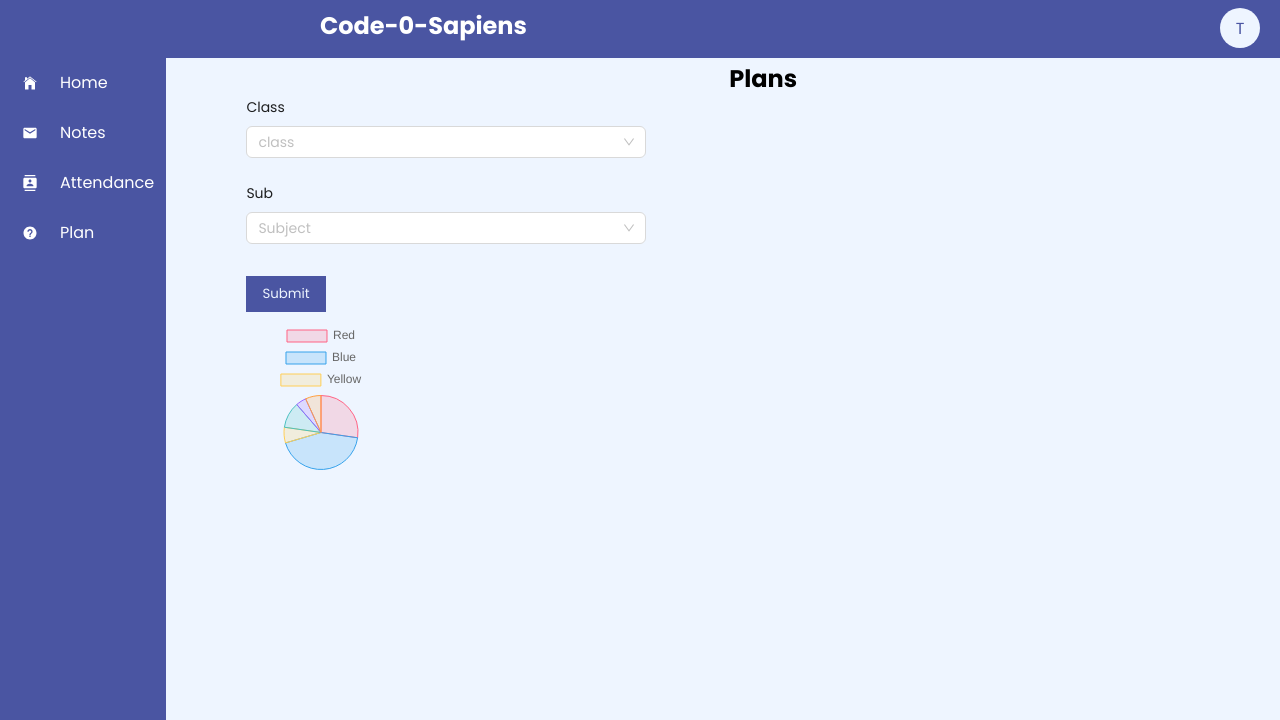
Repository: sinchana-P/code-0-sapiens
Page: /plans (app in client/)
These files come from the project's save history. The page is drawn as it stood at one moment and after the next save; the edit follows.
The browser window is 1280 px wide. The pictures show the whole page.
The project was rebuilt for these pictures with package versions that can differ from the ones it lists, and the page was loaded fresh each time. Also part of the build but not shown: client/src/components/auth/login/FormLayoutLogin.jsx, client/src/components/auth/login/Login.jsx, client/src/components/auth/register/FormLayoutRegister.jsx, client/src/components/auth/register/Register.jsx, client/src/components/homeScene/Home.jsx, client/src/components/notes/Notes.jsx, client/src/components/attendance/Attendance.jsx, client/src/components/profile/Profile.jsx and 5 more.

Above is the page before, as saved 2024-03-01 07:28:28.

### client/public/index.html
<!DOCTYPE html>
<html lang="en">
  <head>
    <meta charset="utf-8" />
    <link rel="icon" href="%PUBLIC_URL%/favicon.ico" />
    <meta name="viewport" content="width=device-width, initial-scale=1" />
    <meta name="theme-color" content="#000000" />
    <meta
      name="description"
      content="Web site created using create-react-app"
    />
    <link rel="apple-touch-icon" href="%PUBLIC_URL%/logo192.png" />
    <!--
      manifest.json provides metadata used when your web app is installed on a
      user's mobile device or desktop. See https://developers.google.com/web/fundamentals/web-app-manifest/
    -->
    <link rel="manifest" href="%PUBLIC_URL%/manifest.json" />
    <!--
      Notice the use of %PUBLIC_URL% in the tags above.
      It will be replaced with the URL of the `public` folder during the build.
      Only files inside the `public` folder can be referenced from the HTML.

      Unlike "/favicon.ico" or "favicon.ico", "%PUBLIC_URL%/favicon.ico" will
      work correctly both with client-side routing and a non-root public URL.
      Learn how to configure a non-root public URL by running `npm run build`.
    -->
    <link rel="preconnect" href="https://fonts.googleapis.com">
<link rel="preconnect" href="https://fonts.gstatic.com" crossorigin>
<link href="https://fonts.googleapis.com/css2?family=Poppins:ital,wght@0,100;0,200;0,300;0,400;0,500;0,600;0,700;0,800;0,900;1,100;1,200;1,300;1,400;1,500;1,600;1,700;1,800;1,900&display=swap" rel="stylesheet">
    <title>Code-0-Sapiens</title>
  </head>
  <body>
    <noscript>You need to enable JavaScript to run this app.</noscript>
    <div id="root"></div>
    <!--
      This HTML file is a template.
      If you open it directly in the browser, you will see an empty page.

      You can add webfonts, meta tags, or analytics to this file.
      The build step will place the bundled scripts into the <body> tag.

      To begin the development, run `npm start` or `yarn start`.
      To create a production bundle, use `npm run build` or `yarn build`.
    -->
  </body>
</html>

### client/src/index.js
import React from 'react';
import ReactDOM from 'react-dom/client';
import './index.css';
import App from './App';
import reportWebVitals from './reportWebVitals';
import { BrowserRouter } from 'react-router-dom'
import { apiSlice } from './api/apiSlice';
import {ApiProvider} from '@reduxjs/toolkit/query/react'

const root = ReactDOM.createRoot(document.getElementById('root'));
root.render(
  <BrowserRouter>
    <React.StrictMode>
      <ApiProvider api={apiSlice}>
        <App />
      </ApiProvider>
    </React.StrictMode>
  </BrowserRouter>,
);

// If you want to start measuring performance in your app, pass a function
// to log results (for example: reportWebVitals(console.log))
// or send to an analytics endpoint. Learn more: https://bit.ly/CRA-vitals
reportWebVitals();

### client/src/App.jsx

import './App.css';
import { useState } from 'react';
import { Routes, Route } from 'react-router-dom'
import Login from './components/auth/login/Login'
import Register from './components/auth/register/Register';
import Topbar from './components/global/topbar/Topbar';
import Sidebar from './components/global/sidebar/Sidebar';
import Home from './components/homeScene/Home';
import Notes from './components/notes/Notes';
import Plans from './components/plans/Plans';
import Attendance from './components/attendance/Attendance';
import Profile from './components/profile/Profile';
import StudentSidebar from './components/global/sidebar/StudentSidebar';
import StdHome from './components/stdHome/StdHome';
import StdAttendance from './components/stdAttendance/StdAttendance'
import StdNotes from './components/stdNotes/StdNotes';
import StdDoubts from './components/stdDoubts/StdDoubts';

function App() {
  const [userRole, setUserRole] = useState('Teacher')

  return (
    <div className="App">
      <div className='app-container'>

      <Topbar userRole={userRole}/>

        <div className='main-content'>
          <div className='left-content-container'>

          {
            userRole === 'Teacher' ? (<Sidebar /> ) : (<StudentSidebar /> )
          }

          </div>
          <div className='right-content-container'>
            <Routes>
              <Route path='/login' element={ <Login/> } />
              <Route path='/register' element={ <Register/> } />
              <Route path='/home' element={ <Home/> } />
              <Route path='/notes' element={ <Notes/> } />
              <Route path='/attendance' element={ <Attendance/> } />
              <Route path='/plans' element={ <Plans/> } />
              {/* <Route path='/profile' element={ <Profile/> } /> */}
              <Route path='/student' element={ <StdHome/> } />
              <Route path='/student/attendance' element={ <StdAttendance/> } />
              <Route path='/student/attendance' element={ <StdNotes/> } />
              <Route path='/student/attendance' element={ <StdDoubts/> } />
            </Routes>
          </div>
        </div>
      </div>

    </div>
  );
}

export default App;

### client/src/api/apiSlice.js
import {createApi,fetchBaseQuery} from '@reduxjs/toolkit/query/react'


export const apiSlice = createApi({
       reducerPath:"api",
       baseQuery:fetchBaseQuery({baseUrl:""}),
       tagTypes:['auth', 'student'],
       endpoints:(builder)=>({
        register: builder.mutation({
            query: (data) => ({
                url: '/register',
                method: "POST",
                body: data
            }),
            invalidatesTags:['auth']
        }),
        login: builder.mutation({
            query: (data) => ({
                url: '/login',
                method: "POST",
                body: data
            }),
            invalidatesTags:['auth']
        }),
            //   getTodos:builder.query({
            //          query:()=>'/auth',
            //          transformResponse: (res: Todo[]) =>  {
            //                 // Ensure res is an array before sorting
            //                 console.log(res);

            //                 if (Array.isArray(res)) {
            //                     return res.sort((a, b) => b.id - a.id);
            //                 } else {
            //                     return res;
            //                 }
            //             },

            //          providesTags:['todos']
            //   }),
            //   addTodo:builder.mutation({
            //          query:(todo)=>({
            //                 url:'/todos',
            //                 method:"POST",
            //                 body:todo
            //          }),
            //          invalidatesTags:['todos']
            //   }),
            //   updateTodo:builder.mutation({
            //          query:(todo)=>({
            //                 url:/todos/${todo.id},
            //                 method:'PATCH',
            //                 body:todo
            //          }),
            //          invalidatesTags:['todos']
            //   }),
            //   deleteTodo:builder.mutation({
            //          query:(id)=>({

            //                 url:/todos/${id},
            //                 method:'DELETE',
            //                 body:id
            //          }),
            //          invalidatesTags:['todos']
            //   })

       })
})

export const { useRegisterMutation,useLoginMutation } = apiSlice

### client/src/App.css
@import url('https://fonts.googleapis.com/css2?family=Poppins:ital,wght@0,100;0,200;0,300;0,400;0,500;0,600;0,700;0,800;0,900;1,100;1,200;1,300;1,400;1,500;1,600;1,700;1,800;1,900&display=swap');

* {
  font-family: "Poppins", sans-serif;
}

/* --- */
.full-width-container {
  width: 100%;
  display: flex;
  justify-content: center;
  align-items: center;
}
/* --- */

.right-content-container {
  background-color: #EEF5FF;
  display: flex;
  align-items: start;
  justify-content: center;
}

.app-container {
  display: flex;
  flex-direction: column;
}

.main-content {
  display: flex;
  flex-direction: row;
}

.left-content-container {
  width: 13vw;
}

.right-content-container {
  width: 87vw;

}

### client/src/components/global/topbar/Topbar.jsx
import React, {useState} from 'react'
import './Topbar.css'

const Topbar = ({userRole}) => {
  // const [userRole, setUserRole] = useState('Teacher')

  return (
    <div className='topbar-container'>
        <h2 style={{textAlign: 'left'}} className='logo-text'>Code-0-Sapiens</h2>

        <div className='profile-div'>
          {userRole === 'Teacher' ? 'T' : (userRole === 'Student' ? 'S' : '')}
        </div>
    </div>
  )
}

export default Topbar

### client/src/components/global/sidebar/Sidebar.jsx
import './Sidebar.css'
import { SidebarData } from './SidebarData';
import { Link, NavLink } from 'react-router-dom';


const Sidebar=()=> {
  return (
    <div className='sidebar'>
       <ul className='sidebarList'>
        {
        SidebarData.map((value,key)=>{
            return (
              <NavLink to={value.route} key={key} className='row' >
                <div id='icon'>{value.icon}</div>
                <div id='title'>{value.title}</div>
              </NavLink>
            )
        })
        }
       </ul>
    </div>
  )
}

export default Sidebar

### client/src/components/plans/Plans.jsx
import React, {useState} from 'react';
import { Form, Select, Checkbox } from 'antd';
import './Plans.css'
import { Chart as ChartJS, ArcElement, Tooltip, Legend } from 'chart.js';
import { Pie } from 'react-chartjs-2';


const SidebarData = [
  {
    cls_id: '8',
    sub_id: '1',
    mod_id: 'Module 1',
    chp_id: 'Chapter 1',
    completed: true
  },
  {
    cls_id: '8',
    sub_id: '1',
    mod_id: 'Module 1',
    chp_id: 'Chapter 2',
    completed: false
  },
  {
    cls_id: '8',
    sub_id: '1',
    mod_id: 'Module 1',
    chp_id: 'Chapter 3',
    completed: true
  },
  {
    cls_id: '8',
    sub_id: '1',
    mod_id: 'Module 1',
    chp_id: 'Chapter 4',
    completed: false
  },
  {
    cls_id: '8',
    sub_id: '1',
    mod_id: 'Module 1',
    chp_id: 'Chapter 5',
    completed: true
  },
  {
    cls_id: '8',
    sub_id: '1',
    mod_id: 'Module 2',
    chp_id: 'Chapter 1',
    completed: false
  },
  {
    cls_id: '8',
    sub_id: '1',
    mod_id: 'Module 2',
    chp_id: 'Chapter 2',
    completed: true
  },
  {
    cls_id: '8',
    sub_id: '1',
    mod_id: 'Module 2',
    chp_id: 'Chapter 3',
    completed: true
  },
  {
    cls_id: '8',
    sub_id: '1',
    mod_id: 'Module 2',
    chp_id: 'Chapter 4',
    completed: true
  },
  {
    cls_id: '8',
    sub_id: '1',
    mod_id: 'Module 2',
    chp_id: 'Chapter 5',
    completed: true
  }
];

const CheckboxGroup = Checkbox.Group;
ChartJS.register(ArcElement, Tooltip, Legend);

const Plans = () => {

    const [isSubmit, setIsSubmit] = useState(false)

    const data = {
      labels: ['Red', 'Blue', 'Yellow', 'Green', 'Purple', 'Orange'],
      datasets: [
        {
          label: '# of Votes',
          data: [12, 19, 3, 5, 2, 3],
          backgroundColor: [
            'rgba(255, 99, 132, 0.2)',
            'rgba(54, 162, 235, 0.2)',
            'rgba(255, 206, 86, 0.2)',
            'rgba(75, 192, 192, 0.2)',
            'rgba(153, 102, 255, 0.2)',
            'rgba(255, 159, 64, 0.2)',
          ],
          borderColor: [
            'rgba(255, 99, 132, 1)',
            'rgba(54, 162, 235, 1)',
            'rgba(255, 206, 86, 1)',
            'rgba(75, 192, 192, 1)',
            'rgba(153, 102, 255, 1)',
            'rgba(255, 159, 64, 1)',
          ],
          borderWidth: 1,
        },
      ],
    };

  // Grouping chapters by module
  const groupedChapters = SidebarData.reduce((acc, curr) => {
    const { mod_id, chp_id } = curr;
    if (!acc[mod_id]) {
      acc[mod_id] = [];
    }
    acc[mod_id].push(chp_id);
    console.log('acc');
    console.log(acc);
    return acc;
  }, {});

  const handleSubmit = () => {
    setIsSubmit(true)
  }

  return (
    <div className='plans-main'>
      <h2 className='heading'>Plans</h2>
        <Form
            layout="vertical"
            name="basic"
            labelCol={{ span: 8 }}
            wrapperCol={{ span: 16 }}
            style={{ maxWidth: 600 }}
            initialValues={{ remember: true }}
            autoComplete="off"
        >
            <Form.Item label="Class" rules={[{ required: true, message: 'Please select class!' }]}>
            <Select placeholder="class">
                <Select.Option value="class8">Class 8</Select.Option>
                <Select.Option value="class9">Class 9</Select.Option>
                <Select.Option value="class10">Class 10</Select.Option>
            </Select>
            </Form.Item>
            <Form.Item label="Sub" rules={[{ required: true, message: 'Please select class!' }]}>
            <Select placeholder="Subject">
                <Select.Option value="maths">Maths</Select.Option>
                <Select.Option value="science">Science</Select.Option>
                <Select.Option value="social">Social</Select.Option>
            </Select>
            </Form.Item>
        </Form>

        <button onClick={handleSubmit}>Submit</button>

        <div>
            <div>
                {isSubmit && (
                    <>
                    {Object.keys(groupedChapters).map((module, index) => (

                      <div key={index} className='module-chapters-checkbox'>
                      <h3>{module}</h3>
                      <CheckboxGroup>
                          {groupedChapters[module].map((chapter, i) => (
                          <Checkbox checked key={i} value={chapter} style={{width: '1200px'}} >
                              {chapter}
                          </Checkbox>
                          ))}
                      </CheckboxGroup>

                      </div>

                  ))}
                  <button>Update Plan</button>
                    </>


                )}


            </div>

            <div style={{width:'150px', height: '150px'}}>
              <Pie
                data={data}
                width={50}
                height={50}
              />
            </div>



        </div>


      </div>

  );
}

export default Plans;

### client/src/components/auth/login/Login.css
.login-container{
    padding: 1rem 0;
    /* background-color: pink; */
    width: 50vw;

}

h2 {
    text-align: center;
    margin-left: 20rem;
}

### client/src/components/auth/register/Register.css
.register-container{
    padding: 1rem 0;
    /* background-color: pink; */
    width: 50vw;

}

h2 {
    text-align: center;
    margin-left: 20rem;
}

### client/src/components/global/topbar/Topbar.css
.topbar-container {
    background-color: #4A55A2;
    min-width: 95vw;
    height: 4rem;
    display: flex;
    flex-direction: row;
    justify-content: space-between;
}

.profile-div {
    background-color: #EEF5FF;
    color: #4a55a2;
    width: 40px;
    height: 40px;
    border-radius: 50%;
    display: flex;
    justify-content: center;
    align-items: center;
    margin-top: 8px;
    margin-right: 20px;
}

.logo-text {
    color: white;
    /* text-align: center; */
    margin-top: 0.5rem;
}

### client/src/components/global/sidebar/Sidebar.css
*{
    margin: 0;
    padding: 0;
  }
  .App{
    width: 100vw;
    height: 100vh;
    display: flex;
  }

  .sidebar{
    height: 92vh;
    width: 200px;
    background-color: #4A55A2;
  }

  .sidebarList{
    height: auto;
    width: 100%;
    padding: 0;
  }

  .sidebarList .row{
    width: 100%;
    height: 50px;
    list-style-type: none;
    margin: 0;
    display: flex;
    flex-direction: row;
    color: white;
    justify-content: center;
    align-items: center;
    text-decoration: none;
  }

  .sidebarList .row:hover{
    cursor: pointer;
    background-color: #EEF5FF;
    color: black;

  }

  .row #icon{
    flex: 30%;
    display: grid;
    place-items: center;
  }

  .row #title{
    flex: 70%;
  }

  .row .active {
    background-color: #EEF5FF;
    color: black;
  }

### client/src/components/global/sidebar/SidebarData.js
import { IoIosHome,IoMdHelpCircle } from "react-icons/io";
import { MdEmail,MdContacts } from "react-icons/md";
import { FaRegCalendarCheck } from "react-icons/fa";


export const SidebarData=[
       {
              title:"Home",
              icon:<IoIosHome />,
              route:"/"
       },
       {
              title:"Notes",
              icon:<MdEmail />,
              route:"/notes"
       },
       {
              title:"Attendance",
              icon:<MdContacts />,
              route:"/attendance"
       },
       {
              title:"Plan",
              icon:<IoMdHelpCircle />,
              route:"/plans"
       },
       // {
       //        title:"Profile",
       //        icon:<FaRegCalendarCheck />,
       //        route:"/profile"
       // },
]

### client/src/components/notes/Notes.css
.notes-main {
    width: 87vw;
}

.heading {
    margin-left: 28rem;
}

.notes-container{
    margin: 1rem 18rem;
}

.notes-form-container {
    padding: 1rem 0;
}

.notes-upload-main {
    display: flex;
    flex-direction: row;
}


.notes-upload-container {
    display: flex;
    flex-direction: column;
}

.notes-pdf, .notes-link {
    display: flex;
    flex-direction: row;
    padding: 0.5rem 0;
}

.notes-upload-container {
    padding: 0rem 1rem;
}

p{
    font-weight: bold;
}

### client/src/components/plans/Plans.css
.plans-main{
    width: 87vw;
    padding: 0.2rem 5rem;
    /* max-height: 90vh; */

}

.module-chapters-checkbox {
    display: flex;
    flex-direction: column;
    justify-content: start;
}

.heading {
    margin-left: 5rem;
}

### client/src/components/attendance/Attendance.css
.attendance-main {
    /* background-color: pink; */
    width: 80vw;
}

.attendance-class {
    /* background-color: pink; */
}

.attendance-class-inputs-container {
    display: flex;
    flex-direction: row;
    min-width: 80vw;
}

.attendance-class-each {
    width: 15rem;
    margin: 2rem;
}

button {
    background-color: #4a55a2;
    color: #EEF5FF;
    border: none;
    padding: 0.5rem 1rem;
    margin: 0.5rem 0;
}

button:hover {
    background-color: #b9cae3;
    color: #4a55a2;
    cursor: pointer;
}

### client/src/components/global/sidebar/StudentSidebarData.js
import { IoIosHome,IoMdHelpCircle } from "react-icons/io";
import { MdEmail,MdContacts } from "react-icons/md";
import { FaRegCalendarCheck } from "react-icons/fa";


export const StudentSidebarData=[
       {
              title:"Home",
              icon:<IoIosHome />,
              route:"/student"
       },
       {
              title:"Attendance",
              icon:<MdEmail />,
              route:"/student/attendance"
       },
       {
              title:"Notes",
              icon:<MdContacts />,
              route:"/student/notes"
       },
       {
              title:"Doubts",
              icon:<IoMdHelpCircle />,
              route:"/student/doubts"
       },
       // {
       //        title:"Profile",
       //        icon:<FaRegCalendarCheck />,
       //        route:"/profile"
       // },
]

### client/src/components/stdAttendance/StdAttendance.css
.attendance-main {
    /* background-color: pink; */
    width: 87vw;
    padding: 1rem 20rem;
}

.attendance-class {
    /* background-color: pink; */
}

.attendance-class-inputs-container {
    display: flex;
    flex-direction: row;
    min-width: 80vw;
}

.attendance-class-each {
    width: 15rem;
    margin: 2rem;
}

button {
    background-color: #4a55a2;
    color: #EEF5FF;
    border: none;
    padding: 0.5rem 1rem;
    margin: 0.5rem 0;
}

button:hover {
    background-color: #b9cae3;
    color: #4a55a2;
    cursor: pointer;
}

.header {
    margin: 1rem 5rem;
}

Loaded but not shown: client/src/index.css (common file); client/src/reportWebVitals.js (common file)

After the next save:
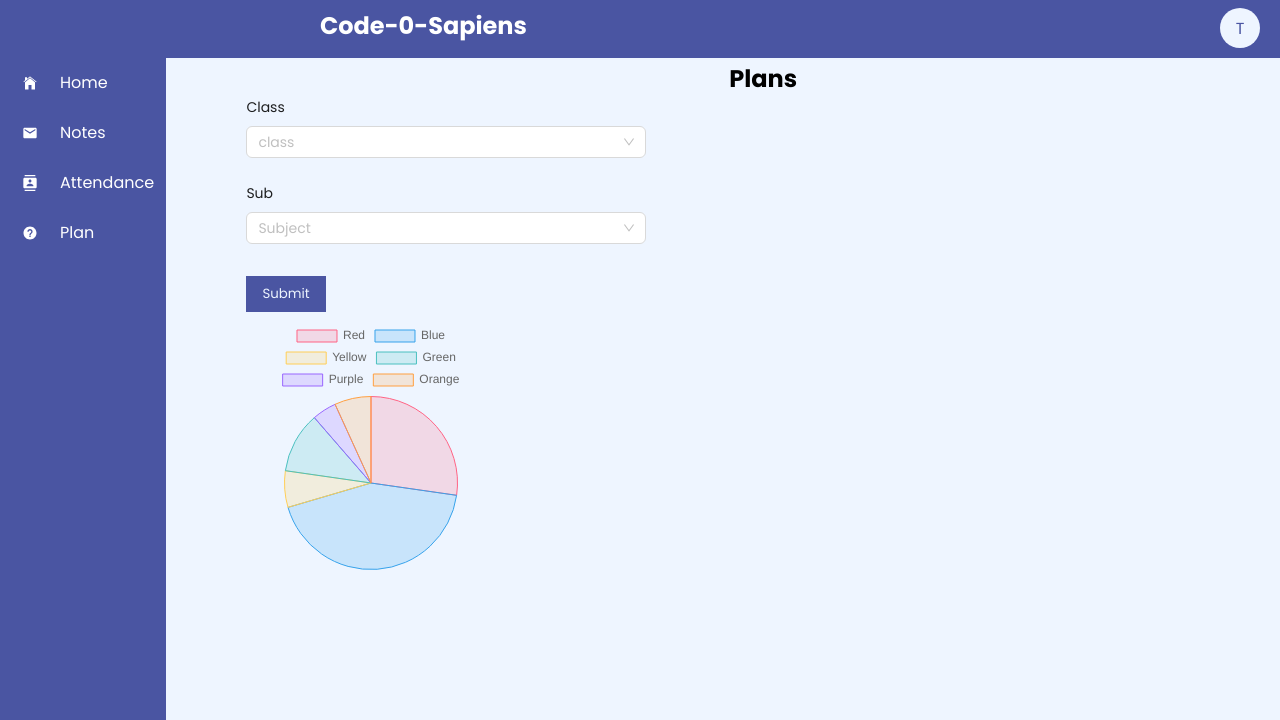
Saved 10 s later.
--- a/client/src/components/plans/Plans.jsx
+++ b/client/src/components/plans/Plans.jsx
@@ -186,7 +186,7 @@ const Plans = () => {
 
             </div>
 
-            <div style={{width:'150px', height: '150px'}}>
+            <div style={{width:'250px', height: '250px'}}>
               <Pie
                 data={data}
                 width={50}
